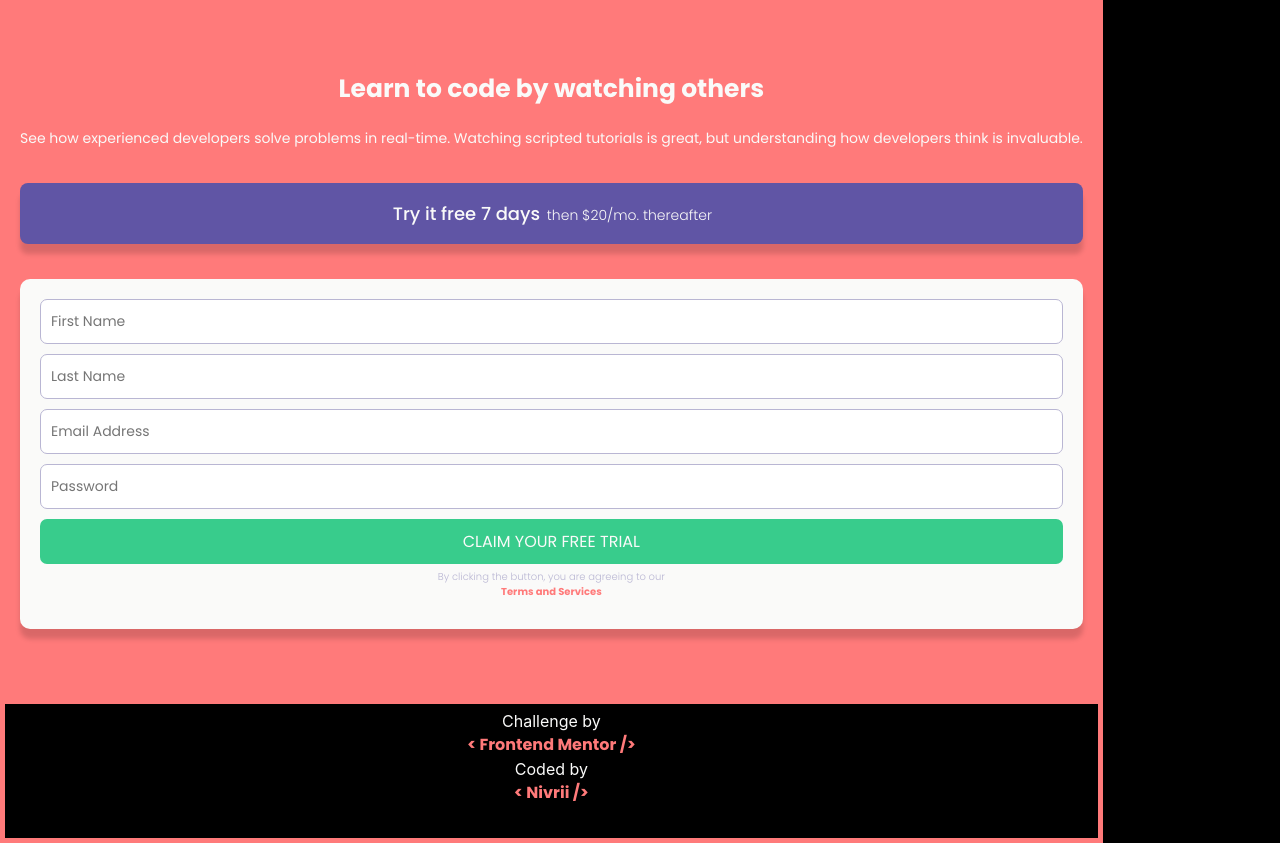
Repository: nivrii/intro-component-with-signup
Page: /
These files come from the project's save history. The page is drawn as it stood at one moment and after the next save; the edit follows.
The browser window is 1280 px wide. The pictures show the whole page.
The project was rebuilt for these pictures with package versions that can differ from the ones it lists, and the page was loaded fresh each time. Also part of the build but not shown: vite.config.js.

Above is the page before, as saved 2023-10-14 14:51:48.

### src/App.jsx
import { Container } from './Container/Container';
import { Footer } from './Footer/Footer';

import "./App.css";

function App() {

  return (
    <div className='UI'>
      <Container     />
      <div className="close success">
        <h4>Thank you for signing up!</h4>
        <p>

        </p>
      </div>
      <Footer    />
    </div>
  );
}

export default App;

### src/Container/Container.jsx
import { Form } from './Form/Form';
import { Card } from './Card/Card';
import { Content } from './Content/Content';
export function Container() {
  return <div className="container">
        <Content />
        <Card />
        <Form />
      </div>;
}

### src/Footer/Footer.jsx
import "./Footer.css";
export function Footer() {
  const frontend = '< Frontend Mentor />';
  const coder = "< Nivrii />";
  return (
    <footer>
      <p className="attribution">
        Challenge by{" "}
        <a
          href="https://www.frontendmentor.io?ref=challenge"
          target="_blank"
          rel="noreferrer"
        >
          {frontend}
        </a>
         Coded by{" "}
        <a href="https://github.com/nivrii/intro-component-with-signup">
          {coder}
        </a>
      </p>
    </footer>
  );
}

### src/App.css
* {
  box-sizing: border-box;
  border: 0;
  padding: 0;
}
:root {
  /*Primary colors*/
  --red: hsl(0, 100%, 74%);
  --green: hsl(154, 59%, 51%);
  /*Accent colors*/
  --blue: hsl(248, 32%, 49%);
  --white: #fafaf9;
  /*Neutral colors*/
  --dark-blue: hsl(249, 10%, 26%);
  --grayish-blue: hsl(246, 25%, 77%);
  /*typography*/
  --fSize: 14px;
  --w4: 400;
  --w5: 500;
  --w6: 600;
  --w7: 700;
}
@font-face {
  font-family: "Poppins-bold";
  src: url(./assets/Fonts/poppins/Poppins-Bold.otf) format("opentype");
}
@font-face {
  font-family: "Poppins-regular";
  src: url(./assets/Fonts/poppins/Poppins-Regular.otf) format("opentype");
}
@font-face {
  font-family: "Poppins-medium";
  src: url(./assets/Fonts/poppins/Poppins-Medium.otf) format("opentype");
}
@font-face {
  font-family: "Poppins-light";
  src: url(./assets/Fonts/poppins/Poppins-Light.otf) format("opentype");
}
body {
  background-color: #000;
}
.UI {
  display: flex;
  flex-direction: column;
}
.container {
  display: flex;
  flex-direction: column;
  align-items: center;
  justify-content: center;
  width: 100%;
  background-color: var(--red);
  padding: 50px 20px 70px;
  margin: 0;
}
.close {
  display: none;
}

### src/Container/Form/Form.jsx
import "./Form.css";
import { useState } from "react";
import errorIcon from "../../../public/images/icon-error.svg";

export function Form() {
  const [fName, setFName] = useState("");
  const [lName, setLName] = useState("");
  const [email, setEmail] = useState("");
  const [password, setPassword] = useState("");

  const [fNameEmpty, setFNameEmpty] = useState(false);
  const [lNameEmpty, setLNameEmpty] = useState(false);
  const [emailEmpty, setEmailEmpty] = useState(false);
  const [passEmpty, setPassEmpty] = useState(false);

  const handleFirstName = (e) => {
    e.preventDefault();
    let value = e.target.value;
    value === "" ? setFNameEmpty(true) : setFNameEmpty(false);
    setFName(value);
  };
  const handleLastName = (e) => {
    e.preventDefault();
    let value = e.target.value;
    value === "" ? setLNameEmpty(true) : setLNameEmpty(false);
    setLName(value);
  };
  const handleEmail = (e) => {
    e.preventDefault();
    let value = e.target.value;
    value === "" ? setEmailEmpty(true) : setEmailEmpty(false);
    setEmail(value);
  };
  const handlePassword = (e) => {
    e.preventDefault();
    let value = e.target.value;
    value === "" ? setPassEmpty(true) : setPassEmpty(false);

    setPassword(value);
  };
  const handleSubmit = (e) => {
    e.preventDefault();
    if (fName === "") {
      setFNameEmpty(true);
      document.querySelector(".fName-input").classList.add("input-error");
      return
    }
    if (lName === "") {
      setLNameEmpty(true);
      document.querySelector(".lName-input").classList.add("input-error");
      return
    }
    if (email === "") {
      setEmailEmpty(true);
      document.querySelector(".email-input").classList.add("input-error");
      return
    }
    if (password === "") {
      setPassEmpty(true);
      document.querySelector(".password-input").classList.add("input-error");
      return
    }
     else {
      setFName("");
      setEmail("");
      setLName("");
      setPassword("");
      document.querySelector(".container").classList.add("close")
      document.querySelector(".success").classList.remove("close")
    }
    console.log(fName, lName, email, password)
  };

  return (
    <form action="submit" className="form" onSubmit={(e) => e.preventDefault()}>
      <div className="input-enclose">
        {fNameEmpty && (
          <img src={errorIcon} alt="error-icon" className="error-icon" />
        )}
        <input
          type="text"
          placeholder="First Name"
          value={fName}
          className="input fName-input"
          onChange={(e) => handleFirstName(e)}
          onKeyDown={() =>
            document
              .querySelector(".fName-input")
              .classList.remove("input-error")
          }
        />
        <div className="err-enclose">
          {fNameEmpty && (
            <div className=" err err-fName">First Name Cannot Be Empty</div>
          )}
        </div>
      </div>

      <div className="input-enclose">
        {lNameEmpty && (
          <img src={errorIcon} alt="error-icon" className="error-icon" />
        )}
        <input
          type="text"
          placeholder="Last Name"
          value={lName}
          className="input lName-input"
          onChange={(e) => handleLastName(e)}
          onKeyDown={() =>
            document
              .querySelector(".lName-input")
              .classList.remove("input-error")
          }
        />
        <div className="err-enclose">
          {lNameEmpty && (
            <div className=" err err-lName">Last Name Cannot Be Empty</div>
          )}
        </div>
      </div>

      <div className="input-enclose">
        {emailEmpty && (
          <img src={errorIcon} alt="error-icon" className="error-icon" />
        )}
        <input
          type="email"
          placeholder="Email Address"
          value={email}
          className="input email-input"
          onChange={(e) => handleEmail(e)}
          onKeyDown={() =>
            document
              .querySelector(".email-input")
              .classList.remove("input-error")
          }
        />
        <div className="err-enclose">
          {emailEmpty && (
            <div className="err err-email">Email Cannot Be Empty</div>
          )}
          <div className=" err miss-email">
            That does not look like an email
          </div>
        </div>
      </div>

      <div className="input-enclose">
        {passEmpty && (
          <img src={errorIcon} alt="error-icon" className="error-icon" />
        )}
        <input
          type="password"
          placeholder="Password"
          value={password}
          className="input password-input"
          onChange={(e) => handlePassword(e)}
          onKeyDown={() =>
            document
              .querySelector(".password-input")
              .classList.remove("input-error")
          }
        />
        <div className="err-enclose">
          {passEmpty && (
            <div className="  err err-password">Password Cannot Be Empty</div>
          )}
        </div>
      </div>

      <button type="submit" className="btn" onClick={(e) => handleSubmit(e)}>
        Claim your free trial
      </button>
      <div className="pWrap">
        <p>By clicking the button, you are agreeing to our</p>
        <p>Terms and Services</p>
      </div>
    </form>
  );
}

### src/Container/Card/Card.jsx
import "./Card.css";
export function Card() {
  return (
      <div className="card__content">
        <p><span>Try it free 7 days </span>
        then $20/mo. thereafter</p>
      </div>
  );
}

### src/Container/Content/Content.jsx
import "./Content.css";
export function Content() {
  return (
    <div className="content">
      <h4>Learn to code by watching others</h4>
      <p>
        See how experienced developers solve problems in real-time. Watching
        scripted tutorials is great, but understanding how developers think is
        invaluable.
      </p>
    </div>
  );
}

### src/Footer/Footer.css
@import url(../App.css);

footer {
  width: 100%;
  height: 20vh;
  background-color: #000;
  padding: 5px;
  border:5px solid var(--red);
}
.attribution {
  margin: 0;
  color: var(--white);
  font-family: "Poppins-regular" sans-serif;
  display: flex;
  flex-direction: column;
  text-align: center;
  & a {
    color: var(--red);
    font-family: "Poppins-bold", sans-serif;
    text-decoration: none;
    &:hover {
      color: var(--white);
      text-decoration: line-through;
    }
  }
}

### src/Container/Form/Form.css
@import url(../../App.css);

.form {
  display: flex;
  flex-direction: column;
  background-color: var(--white);
  width: 100%;
  margin-top: 15px;
  padding: 20px;
  gap: 10px;
  border-radius: 10px;
  box-shadow: 0 10px 5px rgba(0, 0, 0, 0.15);
  & .input,
  .btn {
    height: 45px;
    width: 100%;
    border-radius: 7px;
    font-family: "Poppins-regular", sans-serif;
    -webkit-transition: 0.5s;
    transition: 0.5s;
  }
  & .input-error {
    border: 1px solid var(--red) !important;
    color: var(--red) !important;
    outline: none;
    &:focus {
      border: 2px solid var(--red) !important;
    }
    &::placeholder {
      color: var(--red);
    }
  }
  & .input-enclose {
    display: flex;
    flex-direction: column;
    .input {
      border: 1px solid var(--grayish-blue);
      padding-left: 10px;
      font-size: var(--fSize);
    }
    & .err-enclose {
      display: flex;
      justify-content: flex-end;
      align-items: center;
      & .err {
        display: block;
        color: var(--red);
        border-radius: 7px;
        height: 15px;
        width: auto;
        margin-left: calc(100% - width);
        padding: 5px;
        font-size: 10px;
        font-family: "Poppins-light", sans-serif;
      }
      & .miss-email {
        display: none;
      }
    }
    & .error-icon {
      position: absolute;
      padding: 2px;
      right: 50px;
      width: 25px;
      height: 25px;
      margin-top: 10px;
      margin-right: 10px;
    }
  }
  & .btn {
    background-color: var(--green);
    color: var(--white);
    text-transform: uppercase;
    transition-duration: 0.3s;
    transition-timing-function: ease;
    &:hover {
      transform: scale(1.05);
    }
  }
  & .pWrap {
    padding: 10px;
    text-align: center;
    margin-top: -15px;
    & * {
      margin: 0;
      font-size: 10px;
    }
    & p:nth-child(1) {
      font-family: "Poppins-light", sans-serif;
      color: var(--grayish-blue);
    }
    & p:nth-child(2) {
      font-family: "Poppins-bold", sans-serif;
      color: var(--red);
    }
  }
}

### src/Container/Card/Card.css
@import url(../../App.css);

.card__content{
    width: 100%;
    background-color: var(--blue);
    border-radius: 8px;
    padding: 15px 40px;
    margin: 20px 0;
    box-shadow: 0 10px 5px rgba(0, 0, 0, 0.15);
    & *{
        color: var(--white);
        text-align: center;
        margin: 2px;
    }& span{
        font-size: 18px;
        font-family: 'Poppins-medium', sans-serif;
    }
    & p{
        font-family: 'Poppins-light', sans-serif;
        font-size: var(--fSize);

    }
}

### src/Container/Content/Content.css
@import url(../../App.css);

.content {
  & * {
    color: var(--white);
    text-align: center;
  }
  & h4 {
    font-size: 25px;
    margin: 20px;
    font-family: 'Poppins-bold', sans-serif;
  }
  & p {
    font-size: var(--fSize);
    font-family: 'Poppins-regular', sans-serif;
  }
}

Loaded but not shown: index.html (common file); src/main.jsx (common file); src/index.css (common file)

After the next save:
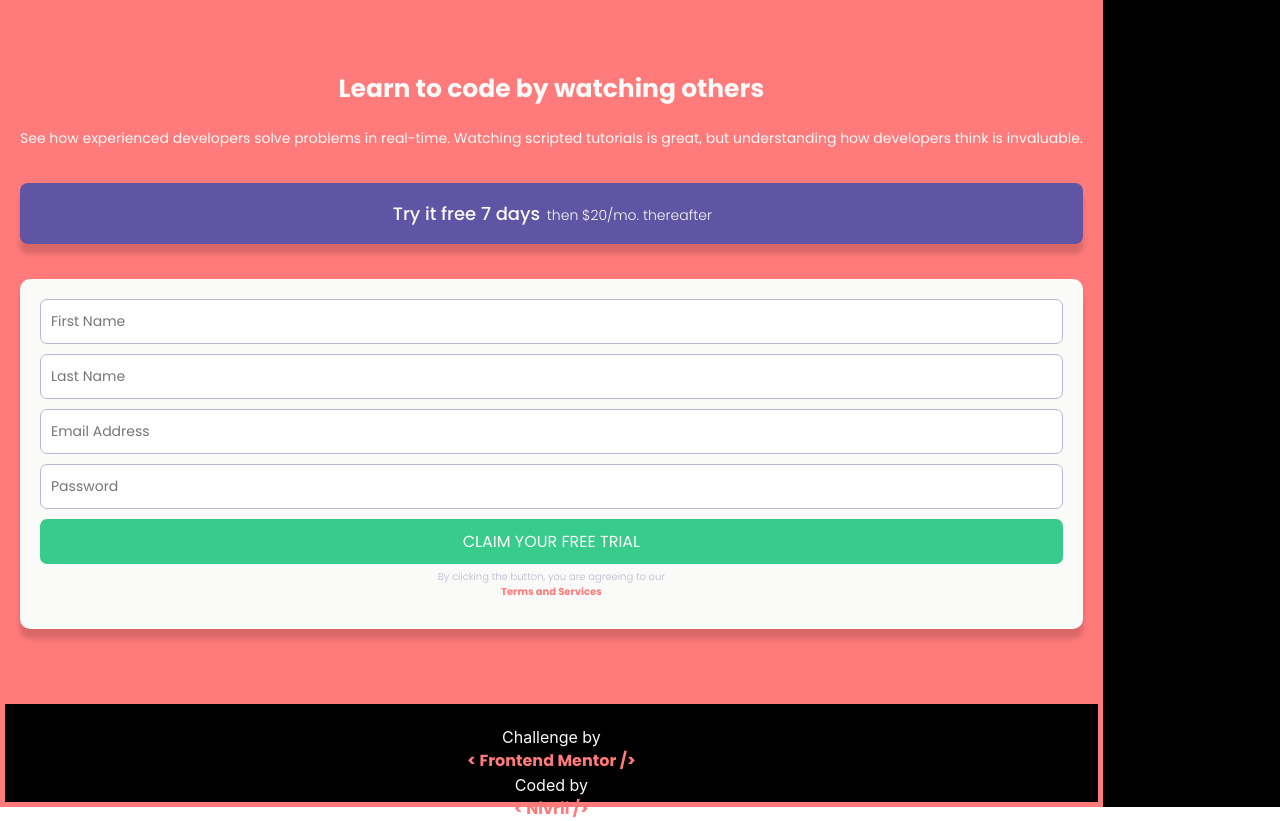
Saved 20 s later.
--- a/src/Footer/Footer.css
+++ b/src/Footer/Footer.css
@@ -2,13 +2,12 @@
 
 footer {
   width: 100%;
-  height: 20vh;
+  height: 15vh;
   background-color: #000;
   padding: 5px;
   border:5px solid var(--red);
 }
 .attribution {
-  margin: 0;
   color: var(--white);
   font-family: "Poppins-regular" sans-serif;
   display: flex;
